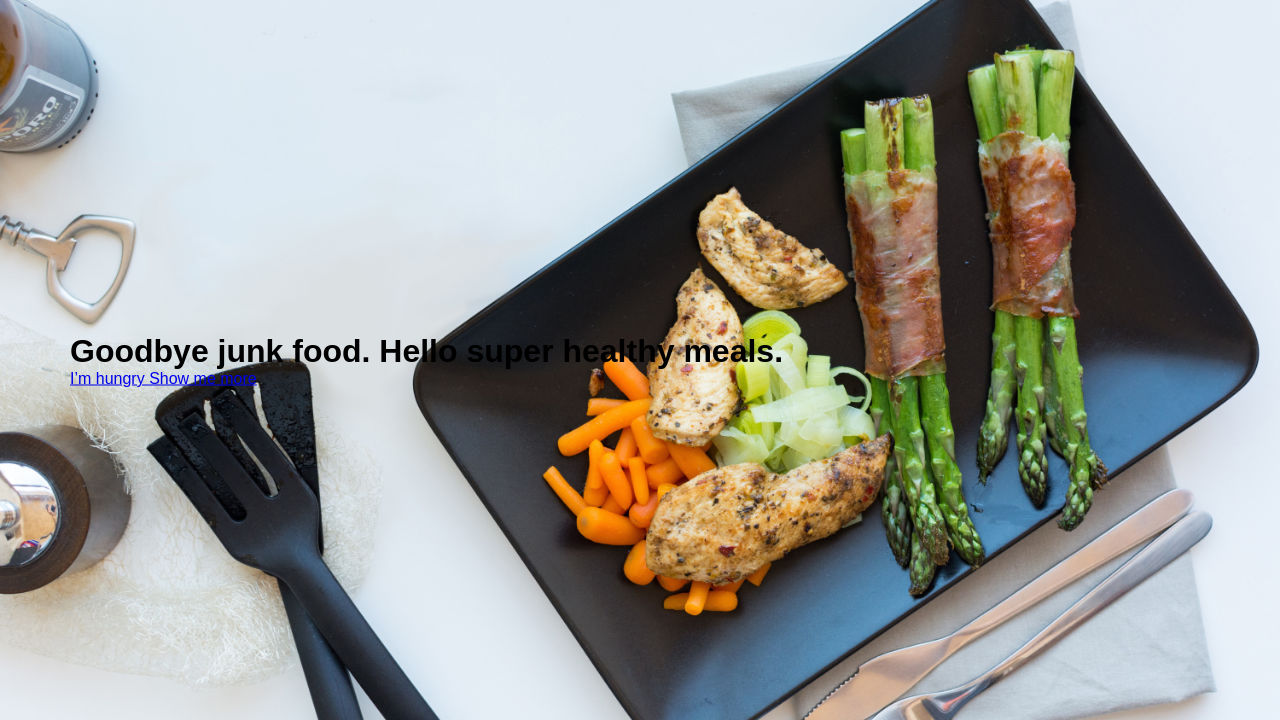
Repository: pboi18/E-Foods
Page: index.html
An editor plug-in stored every save of this project. The page is shown before and after the next save, followed by the edit.
The browser window is 1280 px wide. The pictures show the whole page.

Above is the page before, as saved 2020-07-09 21:35:42.

After the next save:
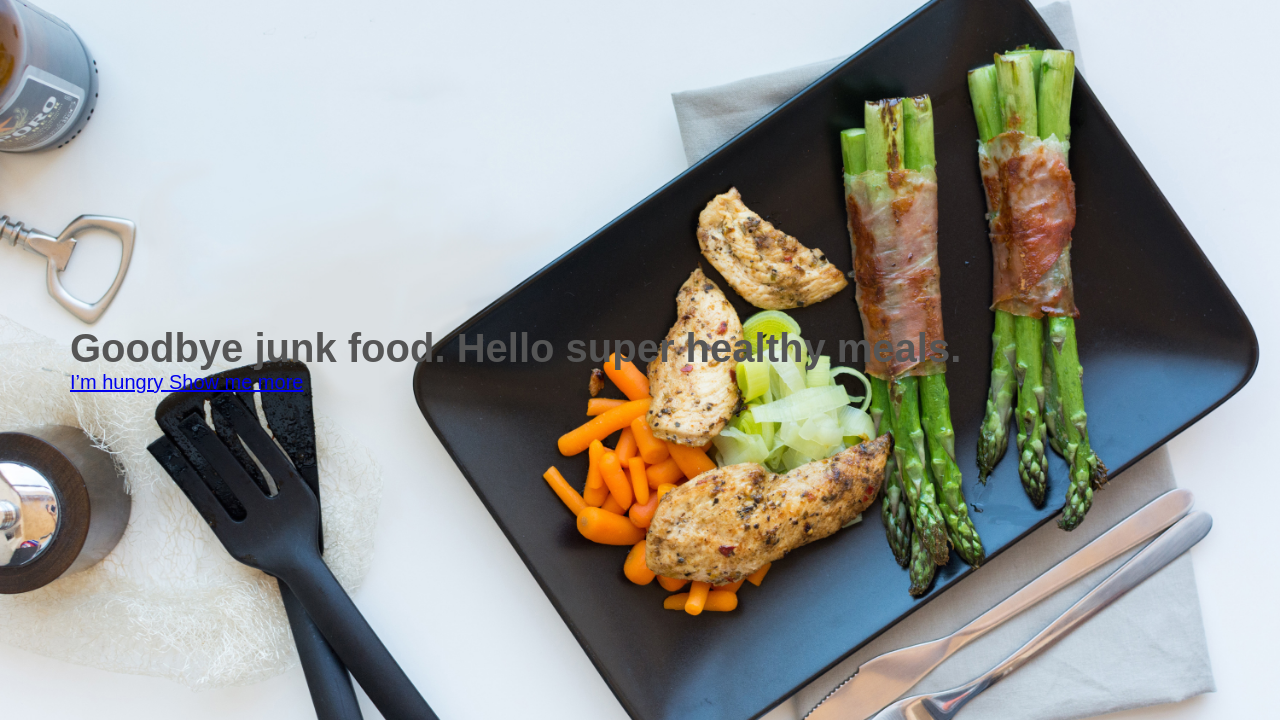
Saved 5 min 24 s later.
--- a/resources/css/style.css
+++ b/resources/css/style.css
@@ -4,7 +4,7 @@
     box-sizing: border-box;
 }
 
-htmlm {
+html {
     background-color: #fff;
     color: #555;
     font-family: Arial, Helvetica, sans-serif,'Lato';
